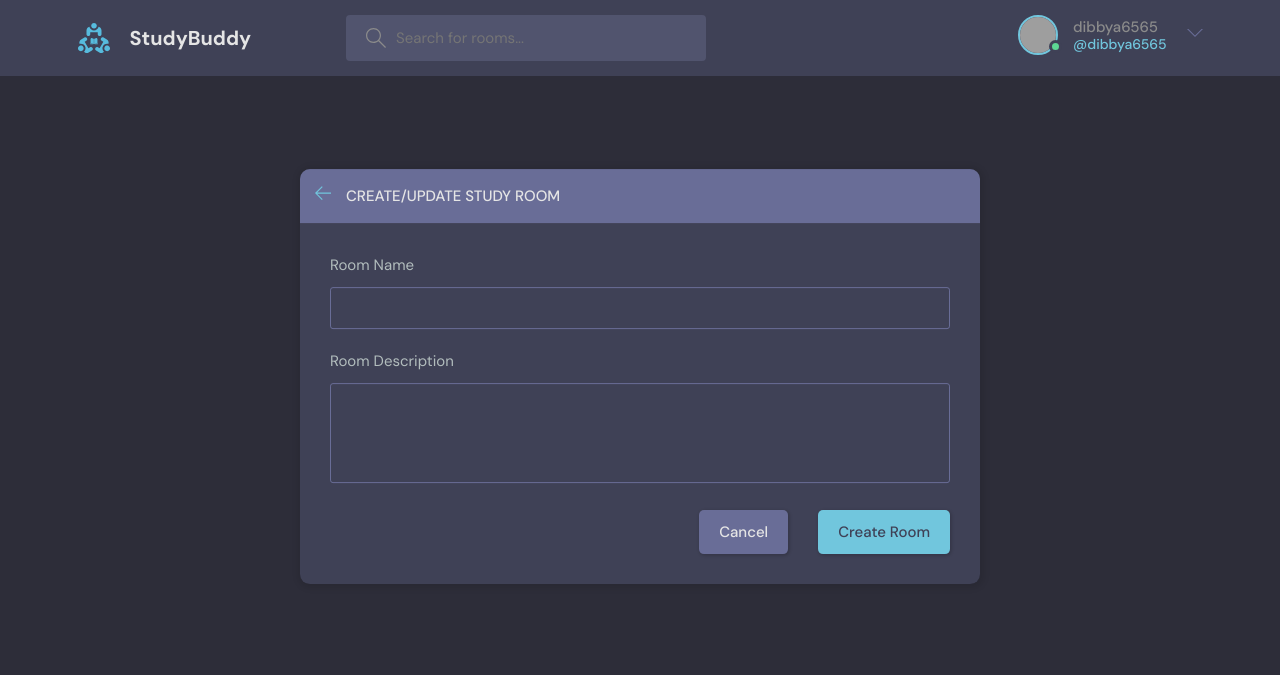
Repository: Dibbya65/Django-Basic
Page: http://localhost/create/room/
An editor plug-in stored every save of this project. The page is shown before and after the next save, followed by the edit.
The browser window is 1280 px wide. The pictures show the whole page.
Pictures or frames that could not be fetched are drawn as grey boxes. The page is served by the project's application, run on Django 3.2 (manage.py). The first stored user is signed in. Other server files are loaded and not shown. The page reads the database file committed with the project.

Above is the page before, as saved 2021-11-19 23:52:36.

### base/templates/base/room_form.html
{% extends 'layouts/master.html' %}
{% block title %}Room Form{% endblock title %}
{% block content %}
<!-- <div>

    <form method="POST" action="{% url 'create-room' %}">
        {% csrf_token %}
        {{form.as_p}}
        <input type="submit" value="Submit" />
    </form>
</div> -->
<main class="create-room layout">
    <div class="container">
        <div class="layout__box">
            <div class="layout__boxHeader">
                <div class="layout__boxTitle">
                    <a href="{% url 'home' %}">
                        <svg version="1.1" xmlns="http://www.w3.org/2000/svg" width="32" height="32"
                            viewBox="0 0 32 32">
                            <title>arrow-left</title>
                            <path
                                d="M13.723 2.286l-13.723 13.714 13.719 13.714 1.616-1.611-10.96-10.96h27.625v-2.286h-27.625l10.965-10.965-1.616-1.607z">
                            </path>
                        </svg>
                    </a>
                    <h3>Create/Update Study Room</h3>
                </div>
            </div>
            <div class="layout__body">
                <form class="form" action="" method="POST">
                    {% csrf_token %}



                    <div class="form__group">
                        <label for="room_name">Room Name</label>
                            {{form.name}}
                    </div>
                    <div class="form__group">
                        <label for="room_name">Room Description</label>
                            {{form.description}}
                    </div>


                    <!-- <div class="form__group">
                        <label for="room_topic">Topic</label>
                        <input required type="text" name="topic" id="room_topic" list="topic-list" />
                        <datalist id="topic-list">
                            <select id="room_topic">
                                <option value="">Select your topic</option>
                                <option value="Python">Python</option>
                                <option value="Django">Django</option>
                            </select>
                        </datalist>

                    </div> -->



                    <div class="form__action">
                        <a class="btn btn--dark" href="{% url 'home' %}">Cancel</a>
                        <button class="btn btn--main" type="submit">Create Room</button>
                    </div>
                </form>
            </div>
        </div>
    </div>
</main>
{% endblock content %}

### templates/layouts/master.html
<!DOCTYPE html>
{% load static %}
<html lang="en">

  <head>
    <meta charset="UTF-8" />
    <meta http-equiv="X-UA-Compatible" content="IE=edge" />
    <meta name="viewport" content="width=device-width, initial-scale=1.0" />
    <link rel="shortcut icon" href="assets/favicon.ico" type="image/x-icon" />
    <link rel="stylesheet" href="style.css" />

    <title>StudyBuddy | {% block title %} {% endblock %}</title>
    <link rel="stylesheet" type="text/css" href="{% static 'styles/style.css' %}">
  </head>

  <body>
   {% include 'base/navbar.html' %}

    {% if messages %}
    <ul class="messages">
      {% for message in messages %}
      <li>{{ message }}</li>
      {% endfor %}
    </ul>
    {% endif %}
    {% block content %}{% endblock %}

    <script src="{% static 'js/script.js' %}"></script>
  </body>

</html>

### base/templates/base/navbar.html
{% load static %}
<header class="header header--loggedIn">
  <div class="container">
    <a href="/" class="header__logo">
      <img src="{% static 'assets/logo.svg' %}" />
      <h1>StudyBuddy</h1>
    </a>
    <form class="header__search" action="{% url 'home' %}" method="GET">
      <label>
        <svg
          version="1.1"
          xmlns="http://www.w3.org/2000/svg"
          width="32"
          height="32"
          viewBox="0 0 32 32"
        >
          <title>search</title>
          <path
            d="M32 30.586l-10.845-10.845c1.771-2.092 2.845-4.791 2.845-7.741 0-6.617-5.383-12-12-12s-12 5.383-12 12c0 6.617 5.383 12 12 12 2.949 0 5.649-1.074 7.741-2.845l10.845 10.845 1.414-1.414zM12 22c-5.514 0-10-4.486-10-10s4.486-10 10-10c5.514 0 10 4.486 10 10s-4.486 10-10 10z"
          ></path>
        </svg>
        <input type="text" placeholder="Search for rooms..." name="q" />
      </label>
    </form>
    <nav class="header__menu">
      <!-- Not Logged In -->
      {% if not request.user.is_authenticated %}
       <a href="{% url 'login' %}">
           <img src="{% static 'assets/avatar.svg' %}" />
           <p>Login</p>
       </a>
      {%else%}
     <div class="header__user">
         <a href="{%  url 'user-profile' request.user.id %}">
             <div class="avatar avatar--medium active">
                 <img src="https://randomuser.me/api/portraits/men/37.jpg" />
             </div>
             <p>{{request.user.username}} <span>@{{request.user.username}}</span></p>
         </a>
         <button class="dropdown-button">
             <svg version="1.1" xmlns="http://www.w3.org/2000/svg" width="32" height="32" viewBox="0 0 32 32">
                 <title>chevron-down</title>
                 <path d="M16 21l-13-13h-3l16 16 16-16h-3l-13 13z"></path>
             </svg>
         </button>
     </div>

     <div class="dropdown-menu">
         <a href="settings.html" class="dropdown-link"><svg version="1.1" xmlns="http://www.w3.org/2000/svg" width="32"
                 height="32" viewBox="0 0 32 32">
                 <title>tools</title>
                 <path
                     d="M27.465 32c-1.211 0-2.35-0.471-3.207-1.328l-9.392-9.391c-2.369 0.898-4.898 0.951-7.355 0.15-3.274-1.074-5.869-3.67-6.943-6.942-0.879-2.682-0.734-5.45 0.419-8.004 0.135-0.299 0.408-0.512 0.731-0.572 0.32-0.051 0.654 0.045 0.887 0.277l5.394 5.395 3.586-3.586-5.394-5.395c-0.232-0.232-0.336-0.564-0.276-0.887s0.272-0.596 0.572-0.732c2.552-1.152 5.318-1.295 8.001-0.418 3.274 1.074 5.869 3.67 6.943 6.942 0.806 2.457 0.752 4.987-0.15 7.358l9.392 9.391c0.844 0.842 1.328 2.012 1.328 3.207-0 2.5-2.034 4.535-4.535 4.535zM15.101 19.102c0.26 0 0.516 0.102 0.707 0.293l9.864 9.863c0.479 0.479 1.116 0.742 1.793 0.742 1.398 0 2.535-1.137 2.535-2.535 0-0.668-0.27-1.322-0.742-1.793l-9.864-9.863c-0.294-0.295-0.376-0.74-0.204-1.119 0.943-2.090 1.061-4.357 0.341-6.555-0.863-2.631-3.034-4.801-5.665-5.666-1.713-0.561-3.468-0.609-5.145-0.164l4.986 4.988c0.391 0.391 0.391 1.023 0 1.414l-5 5c-0.188 0.188-0.441 0.293-0.707 0.293s-0.52-0.105-0.707-0.293l-4.987-4.988c-0.45 1.682-0.397 3.436 0.164 5.146 0.863 2.631 3.034 4.801 5.665 5.666 2.2 0.721 4.466 0.604 6.555-0.342 0.132-0.059 0.271-0.088 0.411-0.088z">
                 </path>
             </svg>
             Settings</a>
         <a href="{% url 'logout' %}" class="dropdown-link"><svg version="1.1" xmlns="http://www.w3.org/2000/svg"
                 width="32" height="32" viewBox="0 0 32 32">
                 <title>sign-out</title>
                 <path
                     d="M3 0h22c0.553 0 1 0 1 0.553l-0 3.447h-2v-2h-20v28h20v-2h2l0 3.447c0 0.553-0.447 0.553-1 0.553h-22c-0.553 0-1-0.447-1-1v-30c0-0.553 0.447-1 1-1z">
                 </path>
                 <path
                     d="M21.879 21.293l1.414 1.414 6.707-6.707-6.707-6.707-1.414 1.414 4.293 4.293h-14.172v2h14.172l-4.293 4.293z">
                 </path>
             </svg>
             Logout</a>
     </div>
      {% endif %}


    </nav>
  </div>
</header>

### base/forms.py
from django.forms import ModelForm
from .models import Room


class RoomForm(ModelForm):
    class Meta:
        model = Room
        fields = "__all__"
        exclude = {"host", "participants"}

### base/models.py
from django.db import models
from django.contrib.auth.models import User

# Create your models here.


# topic model
class Topic(models.Model):
    name = models.CharField(max_length=200)

    def __str__(self):
        return self.name


# room model


class Room(models.Model):
    host = models.ForeignKey(User, on_delete=models.SET_NULL, null=True)
    topic = models.ForeignKey(Topic, on_delete=models.SET_NULL, null=True)
    name = models.CharField(max_length=200)
    description = models.TextField(null=True, blank=True)
    participants = models.ManyToManyField(User, related_name="participants", blank=True)
    Active = "Active"
    Deactive = "Deactive"
    STATUS_CHOICE = ((Active, Active), (Deactive, Deactive))
    status = models.CharField(max_length=50, choices=STATUS_CHOICE, default=Deactive)
    created_at = models.DateTimeField(auto_now_add=True)
    updated_at = models.DateTimeField(auto_now=True)

    class Meta:
        ordering = ["-updated_at", "-created_at"]

    # string representation
    def __str__(self):
        return self.name


# message model


class Message(models.Model):
    user = models.ForeignKey(User, on_delete=models.CASCADE)
    room = models.ForeignKey(Room, on_delete=models.CASCADE)
    body = models.TextField()
    created_at = models.DateTimeField(auto_now_add=True)
    updated_at = models.DateTimeField(auto_now=True)

    class Meta:
        ordering = ["-updated_at", "-created_at"]

    def __str__(self):
        return self.body[0:50]

### base/views.py
from django.shortcuts import render, redirect
from django.http import HttpResponse
from django.db.models import Q
from django.contrib.auth.models import User
from django.contrib.auth import authenticate, login, logout
from django.contrib.auth.forms import UserCreationForm
from django.contrib import messages
from django.contrib.auth.decorators import login_required
from .models import Room, Topic, Message
from .forms import RoomForm

# Create your views here.


def login_page(request):
    page = "login"

    if request.user.is_authenticated:
        return redirect("home")

    if request.method == "POST":
        username = request.POST.get("username").lower()
        password = request.POST.get("password")

        try:
            user = User.objects.get(username=username)
        except:
            messages.error(request, "User does not exist")

        user = authenticate(request, username=username, password=password)

        if user is not None:
            login(request, user)
            return redirect("home")
        else:
            messages.error(request, "Invalid credentials")

    context = {"page": page}
    return render(request, "base/login.html", context)


def logout_user(request):
    logout(request)
    return redirect("home")


def register_page(request):
    form = UserCreationForm()

    if request.method == "POST":
        form = UserCreationForm(request.POST)
        if form.is_valid():
            user = form.save(commit=False)
            user.username = user.username.lower()
            user.save()

            login(request, user)

            return redirect("home")
        else:
            messages.error(request, "User registration failed")

    context = {"form": form}

    return render(request, "base/login.html", context)


def home(request):
    q = request.GET.get("q") if request.GET.get("q") != None else ""
    rooms = Room.objects.filter(
        Q(topic__name__icontains=q) | Q(name__icontains=q) | Q(description__icontains=q)
    )
    topics = Topic.objects.all()
    room_count = rooms.count()
    room_messges = Message.objects.filter(Q(room__topic__name__icontains=q))

    context = {
        "rooms": rooms,
        "topics": topics,
        "room_count": room_count,
        "room_messages": room_messges,
    }
    return render(request, "base/home.html", context)


def room(request):
    rooms = Room.objects.all()
    context = {"rooms": rooms}
    return render(request, "base/room.html", context)


def roomdetail(request, pk):
    room = Room.objects.get(id=pk)
    room_messages = room.message_set.all()
    participants = room.participants.all()

    if request.method == "POST":
        message = Message.objects.create(
            user=request.user, room=room, body=request.POST.get("body")
        )
        room.participants.add(request.user)
        return redirect("room-detail", pk=room.id)

    context = {
        "room": room,
        "room_messages": room_messages,
        "participants": participants,
    }
    return render(request, "base/single-room.html", context)


@login_required(login_url="login")
def create_room(request):
    form = RoomForm()
    if request.method == "POST":
        form = RoomForm(request.POST)
        if form.is_valid():
            room = form.save(commit=False)
            room.host = request.user
            room.save()
            return redirect("home")

    context = {"form": form}
    return render(request, "base/room_form.html", context)


def user_profile(request, pk):
    user = User.objects.get(id=pk)
    rooms = user.room_set.all()
    room_messages = user.message_set.all()
    topics = Topic.objects.all()
    context = {
        "user": user,
        "rooms": rooms,
        "room_messages": room_messages,
        "topics": topics,
    }
    return render(request, "base/profile.html", context)


@login_required(login_url="login")
def update_room(request, pk):
    room = Room.objects.get(id=pk)
    form = RoomForm(instance=room)

    if request.user != room.host:
        return HttpResponse("Unauthenticated!")

    if request.method == "POST":
        form = RoomForm(request.POST, instance=room)
        if form.is_valid():
            form.save()
            return redirect("home")

    context = {"form": form}
    return render(request, "base/room_form.html", context)


@login_required(login_url="login")
def delete_room(request, pk):
    room = Room.objects.get(id=pk)
    if request.user != room.host:
        return HttpResponse("Unauthenticated!")

    if request.method == "POST":
        room.delete()
        return redirect("home")
    return render(request, "base/delete.html", {"obj": room})


@login_required(login_url="login")
def delete_message(request, pk):
    msg = Message.objects.get(id=pk)
    if request.user != msg.user:
        return HttpResponse("Unauthenticated!")

    if request.method == "POST":
        msg.delete()
        return redirect("home")
    return render(request, "base/delete.html", {"obj": msg})

### studybud/urls.py
"""studybud URL Configuration

The `urlpatterns` list routes URLs to views. For more information please see:
    https://docs.djangoproject.com/en/3.2/topics/http/urls/
Examples:
Function views
    1. Add an import:  from my_app import views
    2. Add a URL to urlpatterns:  path('', views.home, name='home')
Class-based views
    1. Add an import:  from other_app.views import Home
    2. Add a URL to urlpatterns:  path('', Home.as_view(), name='home')
Including another URLconf
    1. Import the include() function: from django.urls import include, path
    2. Add a URL to urlpatterns:  path('blog/', include('blog.urls'))
"""
from django.contrib import admin
from django.urls import path, include


urlpatterns = [
    path('admin/', admin.site.urls),
    path('', include('base.urls'))
]

### base/urls.py
from django.urls import path
from . import views

urlpatterns = [
    path("login/", views.login_page, name="login"),
    path("register/", views.register_page, name="register"),
    path("logout/", views.logout_user, name="logout"),
    path("", views.home, name="home"),
    path("room/", views.room, name="room"),
    path("profile/<str:pk>", views.user_profile, name="user-profile"),
    path("room/<str:pk>", views.roomdetail, name="room-detail"),
    path("create/room/", views.create_room, name="create-room"),
    path("update/room/<str:pk>/", views.update_room, name="update-room"),
    path("delete/room/<str:pk>/", views.delete_room, name="delete-room"),
    path("delete/message/<str:pk>/", views.delete_message, name="delete-message"),
]

### db.sqlite3 (the tables this page reads, as SQL)
CREATE TABLE "auth_user" ("id" integer NOT NULL PRIMARY KEY AUTOINCREMENT, "password" varchar(128) NOT NULL, "last_login" datetime NULL, "is_superuser" bool NOT NULL, "username" varchar(150) NOT NULL UNIQUE, "last_name" varchar(150) NOT NULL, "email" varchar(254) NOT NULL, "is_staff" bool NOT NULL, "is_active" bool NOT NULL, "date_joined" datetime NOT NULL, "first_name" varchar(150) NOT NULL);
INSERT INTO "auth_user" VALUES
(1, 'pbkdf2_sha256$260000$xQxpFxKQ9izBbopr3Dv7HS$ZdGFJYFjajdfBM/ZdnlG6gD0dgX/TKmGyoCCve4Q564=', '2021-11-20 11:25:23.454227', 1, 'dibbya6565', '', 'dibyakarki65@gmail.com', 1, 1, '2021-11-13 15:49:17.112151', ''),
(2, 'pbkdf2_sha256$260000$OcP3oMRwcVFmIc3QPSnltC$GpcmQjPkv0wxmOYWlv/oBQ69CVZRvql5qDH1FvXjTJM=', NULL, 0, 'prakashkarki6565', '', '', 0, 1, '2021-11-14 06:46:21.258105', ''),
(3, 'pbkdf2_sha256$260000$bYZBArIVxYmuNuu5Azzl9d$kAIAJAnHPVaaRNyIMyoHKCgxSXknbwf/ubpWAJYvAxQ=', '2021-11-15 11:51:20.490980', 0, 'prakashkarki6565@gmail.com', '', '', 0, 1, '2021-11-15 11:51:19.976423', ''),
(4, 'pbkdf2_sha256$260000$XQVrpvlajut1jjOP6a31hy$SR7rs3yBHY/pGjCoDxqTx/rkvUNTPMNaSyNaJWyzDpk=', '2021-11-20 08:32:44.875888', 0, 'praksh65', '', '', 0, 1, '2021-11-20 08:32:44.429889', '');

CREATE TABLE "base_topic" ("id" integer NOT NULL PRIMARY KEY AUTOINCREMENT, "name" varchar(200) NOT NULL);
INSERT INTO "base_topic" VALUES
(1, 'Python'),
(2, 'Web Development'),
(3, 'Javascript'),
(4, 'Django'),
(5, 'C++'),
(6, 'Vuejs ');

Loaded but not shown: static/assets/logo.svg (12 lines, source omitted); static/js/script.js (69 lines, source omitted); static/styles/style.css (1165 lines, source omitted)

After the next save:
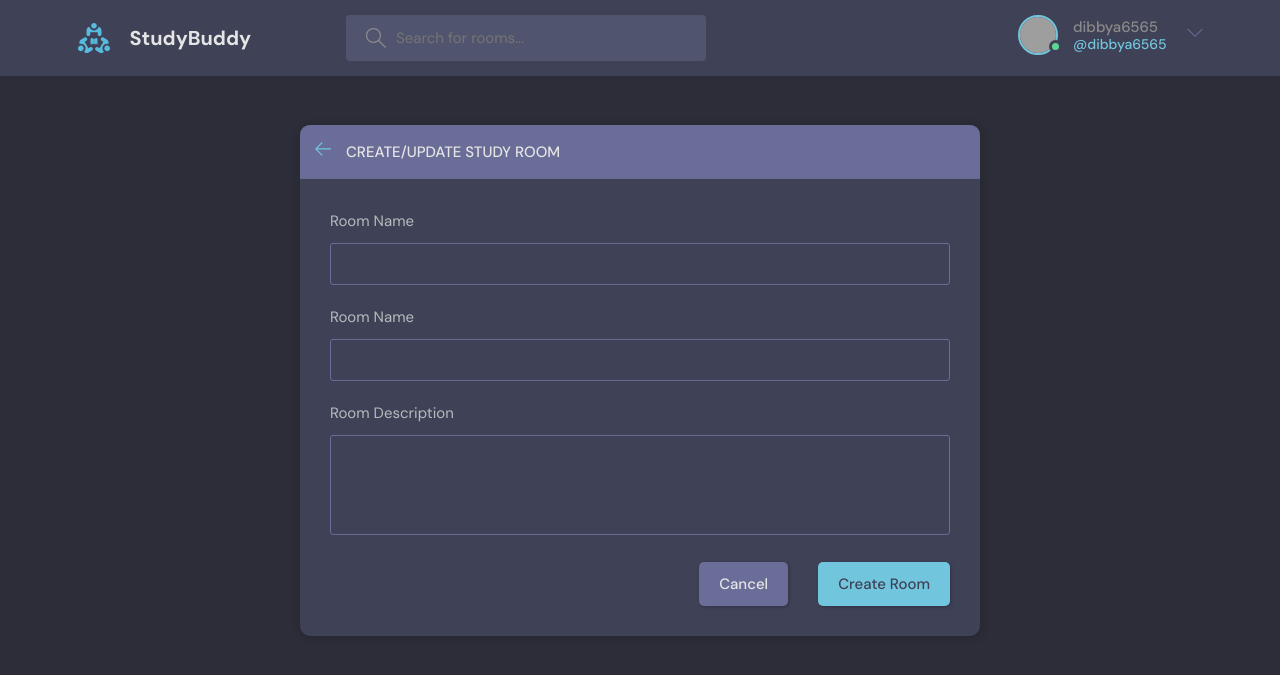
Saved 47 s later.
--- a/base/templates/base/room_form.html
+++ b/base/templates/base/room_form.html
@@ -33,11 +33,15 @@
 
 
                     <div class="form__group">
+                        <label for="room_topic">Room Name</label>
+                            {{form.name}}
+                    </div>
+                    <div class="form__group">
                         <label for="room_name">Room Name</label>
                             {{form.name}}
                     </div>
                     <div class="form__group">
-                        <label for="room_name">Room Description</label>
+                        <label for="room_description">Room Description</label>
                             {{form.description}}
                     </div>
 
